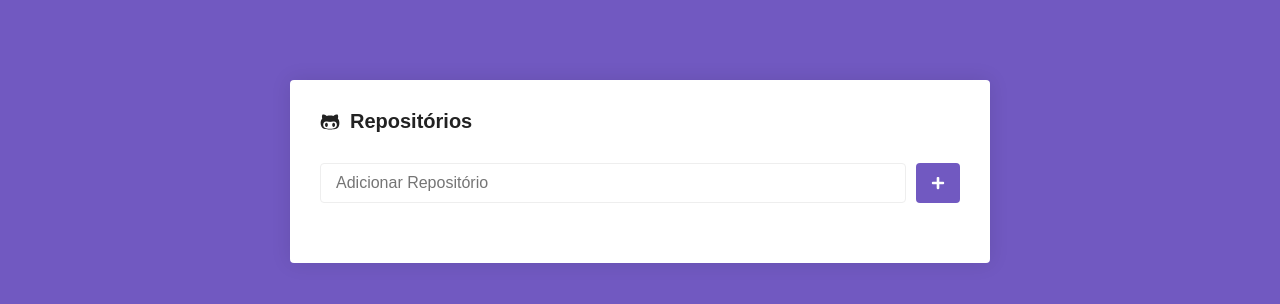
Repository: vadyvarela/Github-Api-ReactJs
Page: /
The author's editor kept a copy of each file at every save. The page is drawn from the files as they stood at one save, then again after the next save.
The browser window is 1280 px wide. The pictures show the whole page.
The project was rebuilt for these pictures with package versions that can differ from the ones it lists, and the page was loaded fresh each time. Also part of the build but not shown: src/pages/Repository/styles.js, src/pages/Repository/index.js.

Above is the page before, as saved 2019-10-23 15:11:26.

### src/App.js
import React from 'react';
import Routes from './routes';
import GlobalStyles from './styles/global';

function App() {
    return (
        <>
            <Routes />
            <GlobalStyles />
        </>
    );
}

export default App;

### src/routes.js
import React from 'react';
import { BrowserRouter, Switch, Route } from 'react-router-dom';

import Main from './pages/Main';
import Repository from './pages/Repository';

export default function Routes() {
    return (
        <BrowserRouter>
            <Switch>
                <Route path="/" exact component={Main} />
                <Route path="/repository/:repository" component={Repository} />
            </Switch>
        </BrowserRouter>
    );
}

### src/styles/global.js
import { createGlobalStyle } from 'styled-components';

export default createGlobalStyle`
    * {
        margin: 0;
        padding: 0;
        outline: 0;
        box-sizing: border-box;
    }

    html, body, #root {
        min-height: 100%;
    }
    body {
        background: #7159c1;
        -webkit-font-smoothing: antialiased !important;
    }
    body, input, button {
        color: #222;
        font-size: 14px;
        font-family: Arial, Helvetica, sans-serif;
    }
    button {
        cursor: pointer;
    }
`;

### src/pages/Main/index.js
import React, { Component } from 'react';
import { FaGithubAlt, FaPlus, FaSpinner } from 'react-icons/fa';
import { Link } from 'react-router-dom';
import api from '../../services/api';

import Container from '../../componets/Container';

import { Form, SubmitButton, List } from './styles';

export default class Main extends Component {
    state = {
        newRepo: '',
        repositories: [],
        loading: false,
    };

    // carregar os dados do LocalStorage
    componentDidMount() {
        const repositories = localStorage.getItem('repositories');
        if(repositories) {
            this.setState({ repositories: JSON.parse(repositories)});
        }
    }

    // salvar os dados do LocalStorage
    componentDidUpdate(_, prevState) {
        const { repositories } = this.state;
        if(prevState.repositories !== repositories) {
            localStorage.setItem('repositories', JSON.stringify(repositories));
        }
    }

    handleInputChange = e => {
        this.setState({ newRepo: e.target.value });
    };

    handleSubmit = async e => {
        try {
            e.preventDefault();
            this.setState({ loading: true });

            const { newRepo, repositories } = this.state;
            const response = await api.get(`/repos/${newRepo}`);
            const data = {
                name: response.data.full_name,
            };

            this.setState({
                repositories: [...repositories, data],
                newRepo: '',
                loading: false,
            });
        } catch (error) {
            this.setState({ loading: false });
        }
    };

    render() {
        const { newRepo, repositories, loading } = this.state;
        return (
            <Container>
                <h1>
                    <FaGithubAlt />
                    Repositórios
                </h1>

                <Form onSubmit={this.handleSubmit}>
                    <input
                        type="text"
                        placeholder="Adicionar Repositório"
                        value={newRepo}
                        onChange={this.handleInputChange}
                    />
                    <SubmitButton loading={loading}>
                        {loading ? <FaSpinner color="#fff" size={14} /> : <FaPlus color="#fff" size={14} />}
                    </SubmitButton>
                </Form>

                <List>
                    {repositories.map(repository => (
                        <li key={repository.name}>
                            <span> { repository.name } </span>
                            <Link to={`/repository/${encodeURIComponent(repository.name)}`}>Detalhes</Link>
                        </li>
                    ))}
                </List>
            </Container>
        );
    }
}

### src/componets/Container/index.js
import styled from 'styled-components';

const Container = styled.div`
    max-width: 700px;
    background: #fff;
    border-radius: 4px;
    box-shadow: 0 0 20px rgba(0, 0, 0, 0.1);
    padding: 30px;
    margin: 80px auto;

    h1 {
        font-size: 20px;
        display: flex;
        flex-direction: row;
        align-items: center;

        svg {
            margin-right: 10px;
        }
    }
`;

export default Container;

### src/pages/Main/styles.js
import styled, { keyframes, css } from 'styled-components';

export const Form = styled.form`
    margin-top: 30px;
    display: flex;
    flex-direction: row;

    input {
        flex: 1;
        border: 1px solid #eee;
        padding: 10px 15px;
        border-radius: 4px;
        font-size: 16px;
        border: 2px solid ##e81d1d;
    }
`;

const rotate = keyframes`
    from {
        transform: rotate(0deg);
    }
    to {
        transform: rotate(360deg);
    }
`;

export const SubmitButton = styled.button.attrs(props => ({
    type: 'submit',
    disabled: props.loading,
}))`
    background: #7159c1;
    border: 0;
    padding: 0 15px;
    margin-left: 10px;
    border-radius: 4px;

    display: flex;
    justify-content: center;
    align-items: center;

    &[disabled] {
        cursor: not-allowed;
        opacity: 0.6;
    }

    ${props => props.loading && css`
        svg {
            animation: ${rotate} 2s linear infinite;
        }
    `}
`;

export const List = styled.ul `
    list-style: none;
    margin-top: 30px;

    li {
        padding: 15px 0;
        display:flex;
        flex-direction: row;
        justify-content: space-between;
        align-items: center;

        & + li {
            border-top: 1px solid #eee;
        }

        a {
            color: #7159c1;
            text-decoration: none;
        }
    }

`;

Loaded but not shown: public/index.html (common file); src/index.js (common file); src/services/api.js (common file)

After the next save:
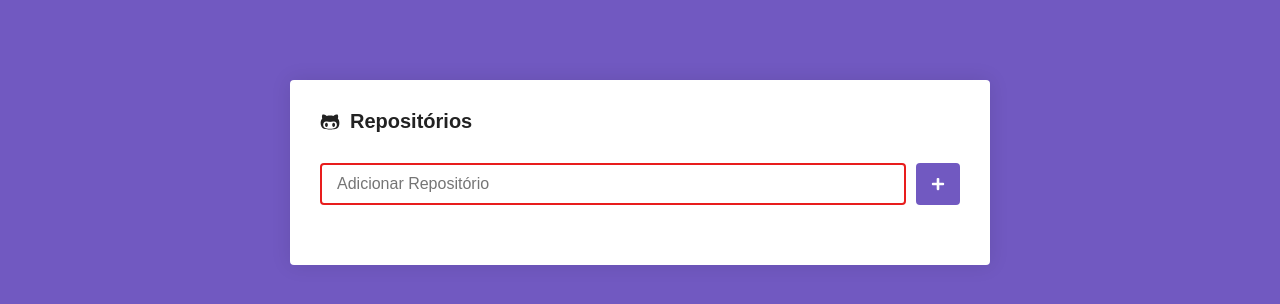
Saved 9 s later.
--- a/src/pages/Main/styles.js
+++ b/src/pages/Main/styles.js
@@ -11,7 +11,7 @@
         padding: 10px 15px;
         border-radius: 4px;
         font-size: 16px;
-        border: 2px solid ##e81d1d;
+        border: 2px solid #e81d1d;
     }
 `;
 

After the 2 saves that followed:
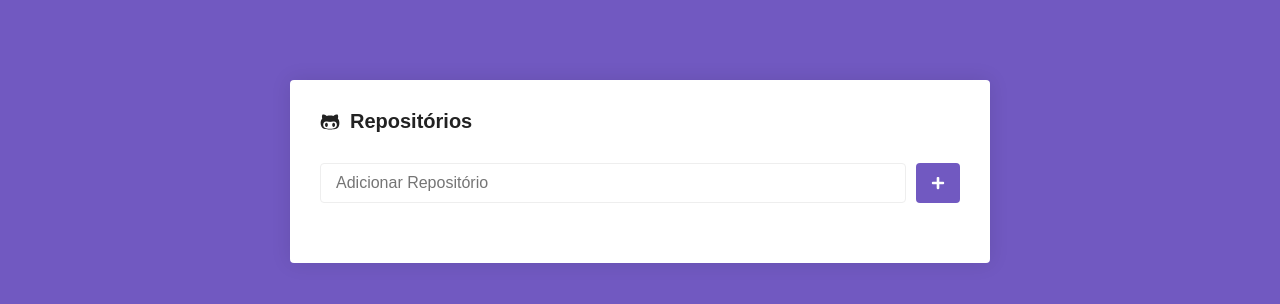
The 2 saves are shown as one change because they came seconds apart.
The last was saved 50 s later.
--- a/src/pages/Main/styles.js
+++ b/src/pages/Main/styles.js
@@ -11,8 +11,12 @@
         padding: 10px 15px;
         border-radius: 4px;
         font-size: 16px;
-        border: 2px solid #e81d1d;
     }
+    ${props => props.loading && css`
+        input {
+            border: 2px solid #e81d1d;
+        }
+    `}
 `;
 
 const rotate = keyframes`
